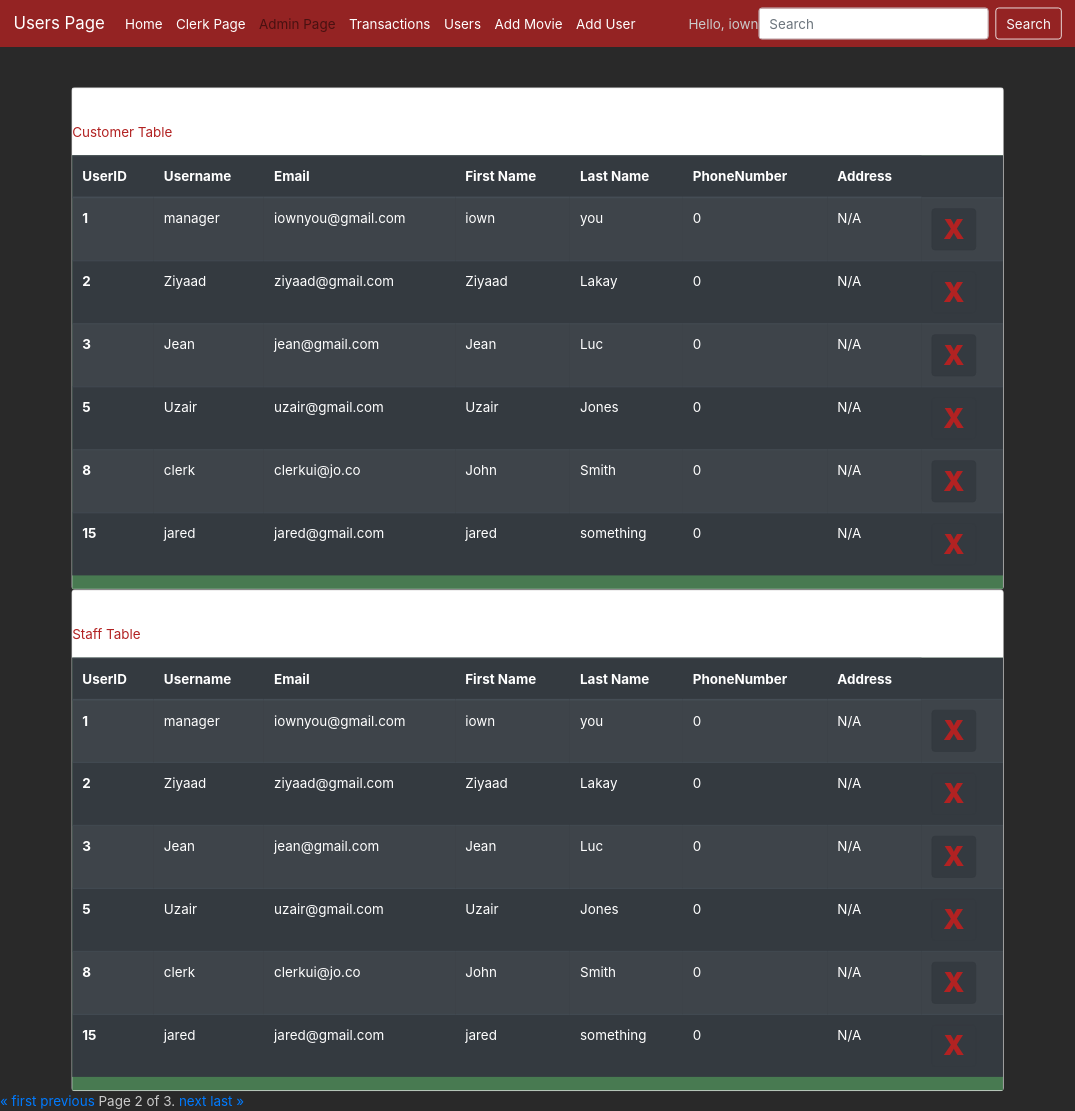
Repository: jeanluciradukunda/csc312.group.project
Page: http://localhost/userstbl/?page=2
The author's editor kept a copy of each file at every save. The page is drawn from the files as they stood at one save, then again after the next save.
The browser window is 1280 px wide. The pictures show the whole page, at 84% of full size.
The page is served by the project's application, run on Django 2.2 (dvdstore/manage.py). The first stored user is signed in. The page reads the database file committed with the project.

Above is the page before, as saved 2019-09-14 17:05:12.

After the next save:
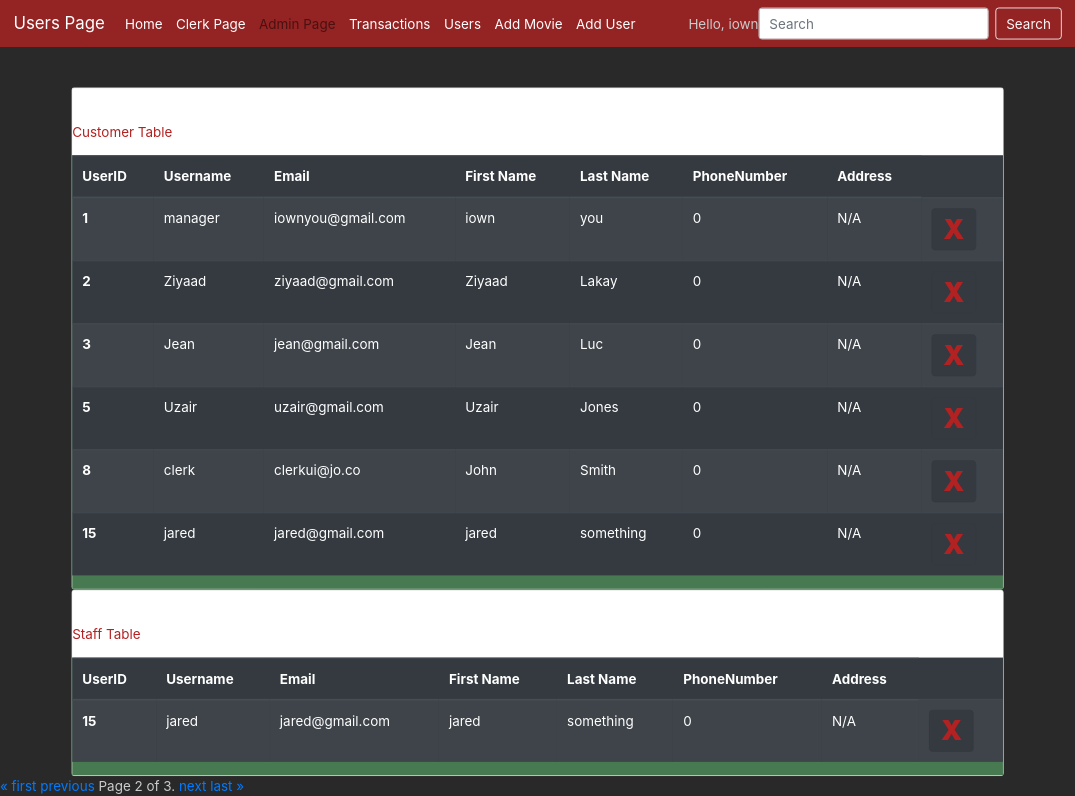
Saved 35 s later.
--- a/dvdstore/templates/userstbl.html
+++ b/dvdstore/templates/userstbl.html
@@ -147,7 +147,7 @@
                                 </tr>
                               </thead>
                               <tbody>
-                              {% for use in users %}
+                              {% for use in customer %}
                                 <tr>
                                   <th scope="row">{{use.id}}</th>
                                   <td>{{use.username}}</td>
